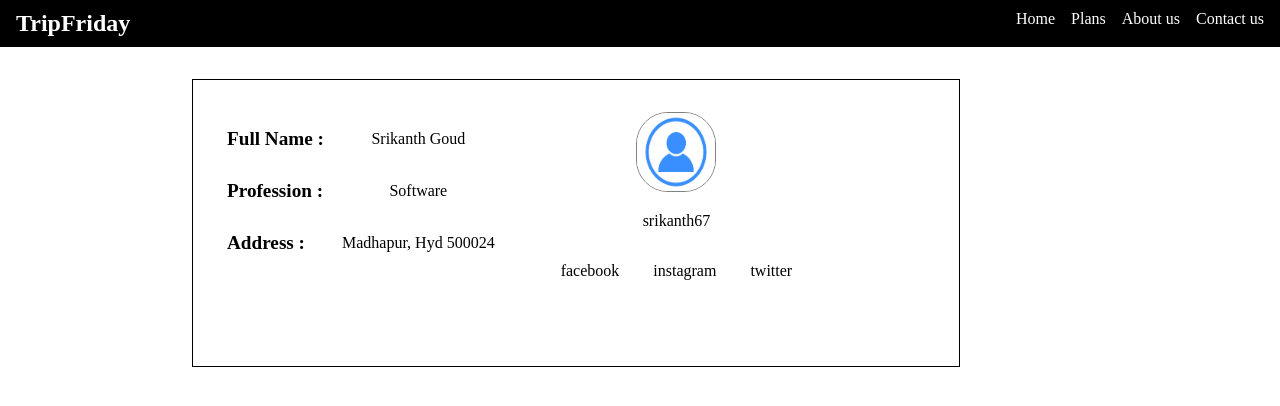
Repository: suraj-yadav7/userprofile
Page: /userdetails
These files come from the project's save history. The page is drawn as it stood at one moment and after the next save; the edit follows.
The browser window is 1280 px wide. The pictures show the whole page.
The project was rebuilt for these pictures with package versions that can differ from the ones it lists, and the page was loaded fresh each time. Also part of the build but not shown: src/components/UserProfile.jsx.

Above is the page before, as saved 2023-05-04 15:02:03.

After the next save:
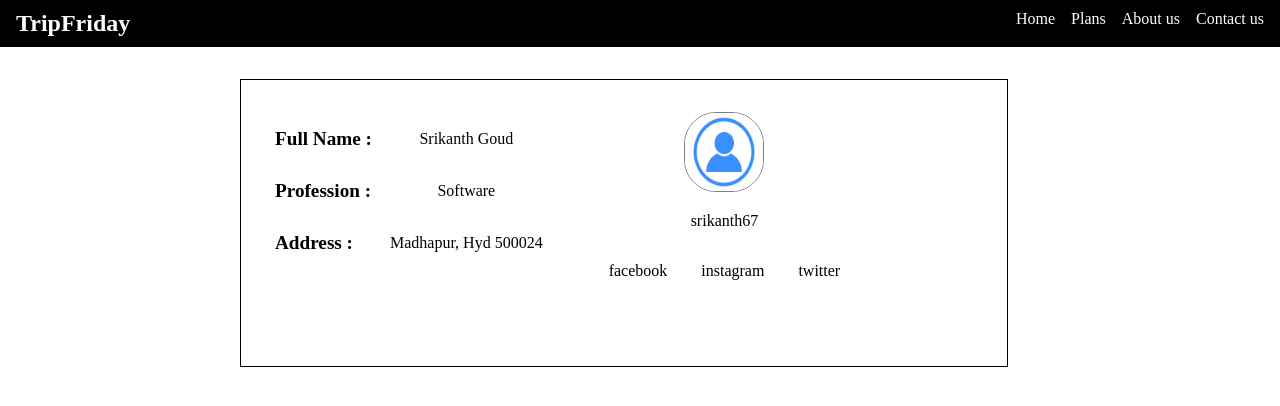
Saved 5 s later.
--- a/src/assests/userDetails.scss
+++ b/src/assests/userDetails.scss
@@ -7,7 +7,7 @@
     width: 60vw;
     height: 40vh;
     padding: 2rem;
-    margin: 2rem 12rem;
+    margin: 2rem 15rem;
     >.sub1{
         p{
             font-size: 1rem;
